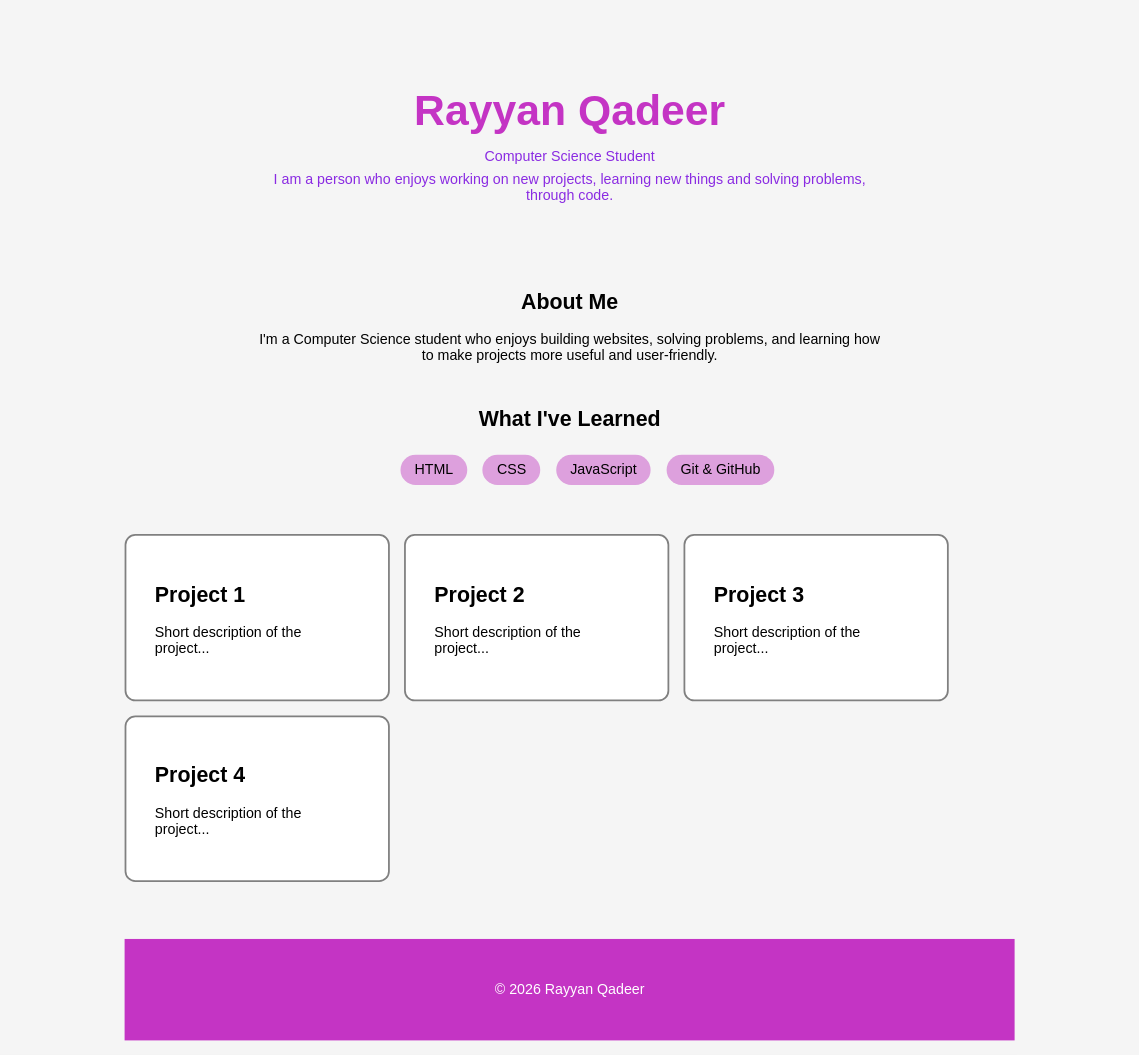
Repository: rayyan-qadeer/rayyan-qadeer
Page: index.html
These files come from the project's save history. The page is drawn as it stood at one moment and after the next save; the edit follows.
The browser window is 1280 px wide. The pictures show the whole page, at 89% of full size.

Above is the page before, as saved 2026-05-06 03:15:05.

After the next save:
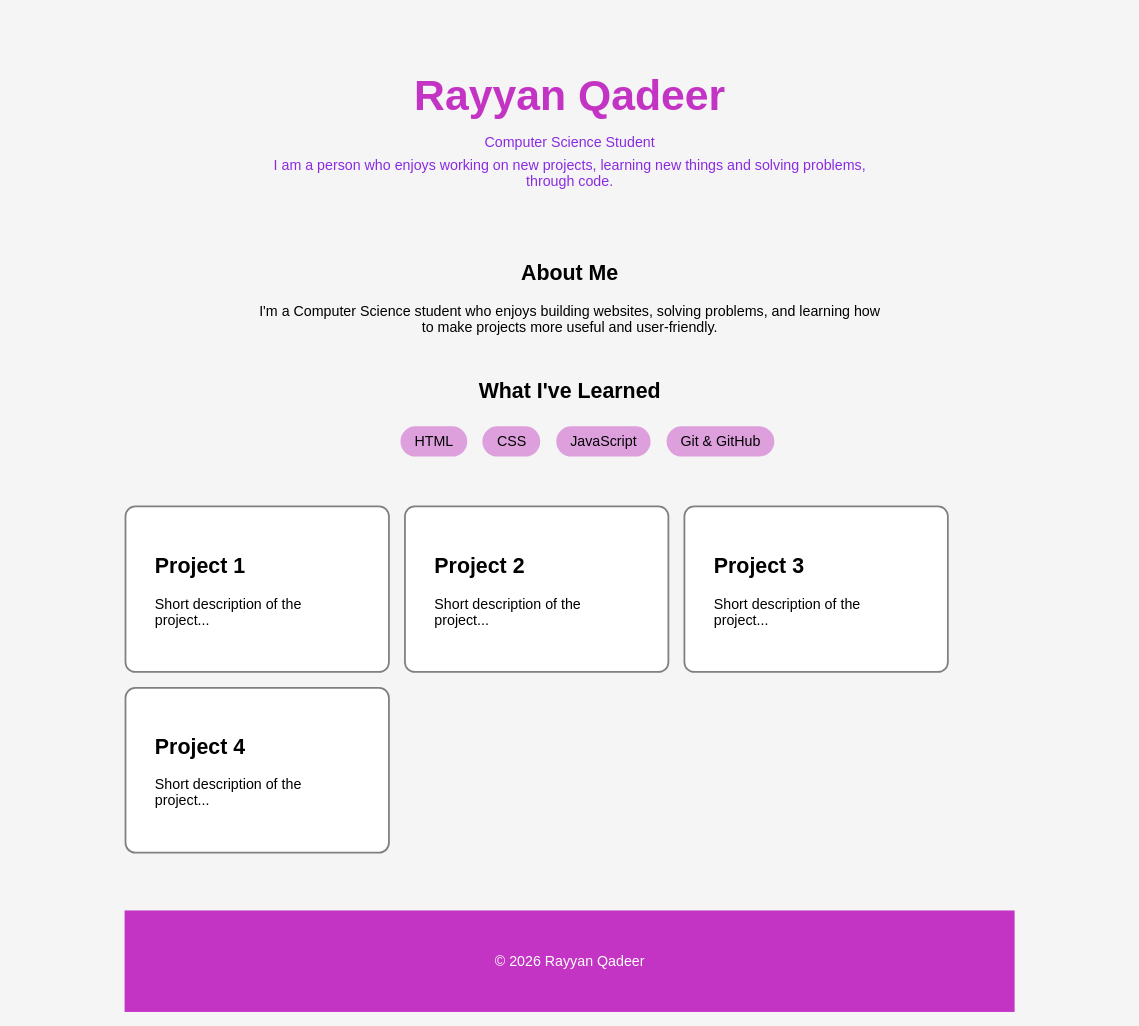
Saved 15 s later.
--- a/styles/index.css
+++ b/styles/index.css
@@ -7,7 +7,7 @@
 header {
   text-align: center;
   margin-bottom: 3rem;
-  padding: 3rem 1rem;
+  padding: 2rem 1rem;
 }
 
 header h1 {

After the 3 saves that followed:
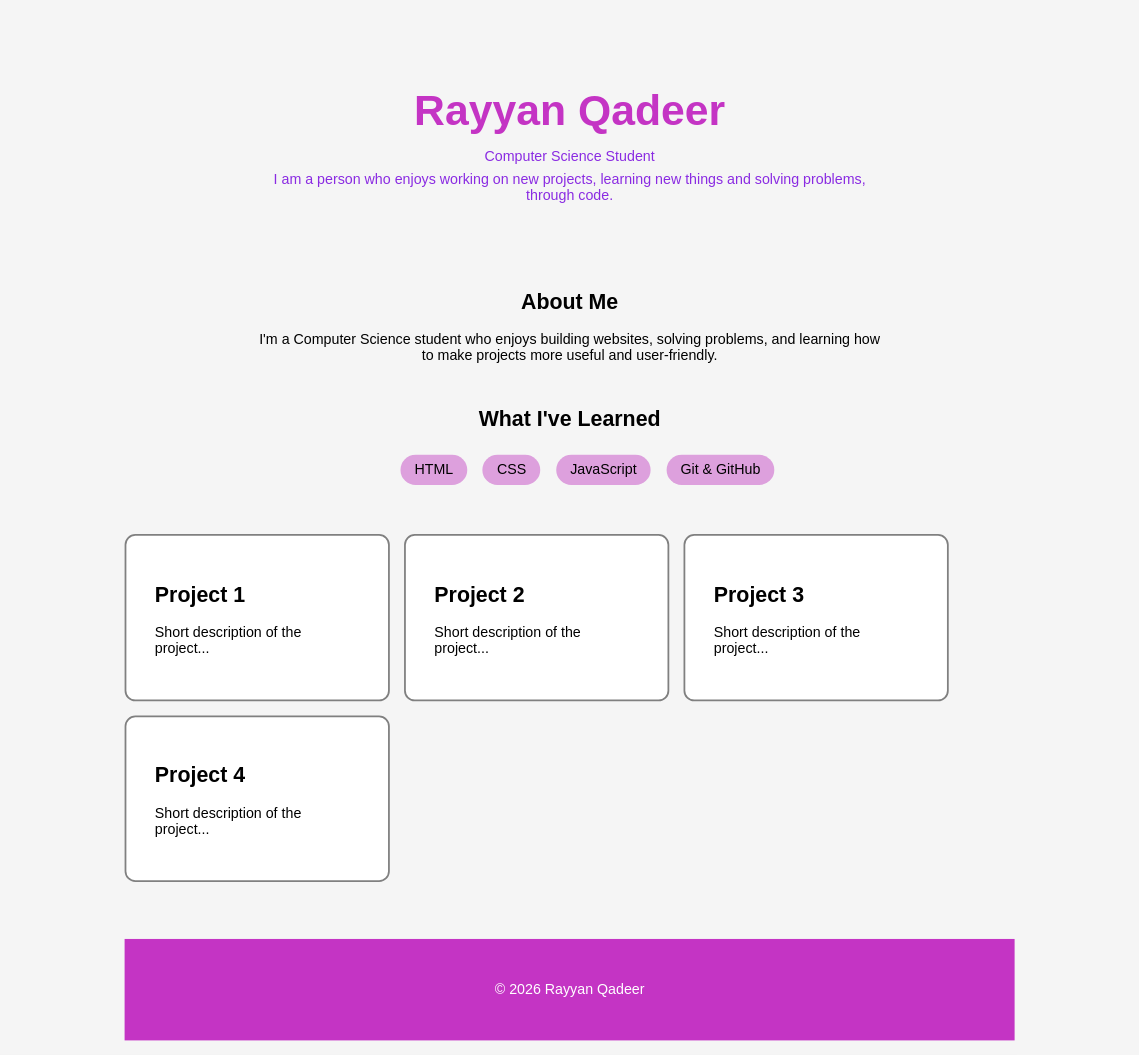
The 3 saves are shown as one change because they came seconds apart.
The last was saved 8 s later.
--- a/styles/index.css
+++ b/styles/index.css
@@ -7,7 +7,7 @@
 header {
   text-align: center;
   margin-bottom: 3rem;
-  padding: 2rem 1rem;
+  padding: 3rem 1rem;
 }
 
 header h1 {
